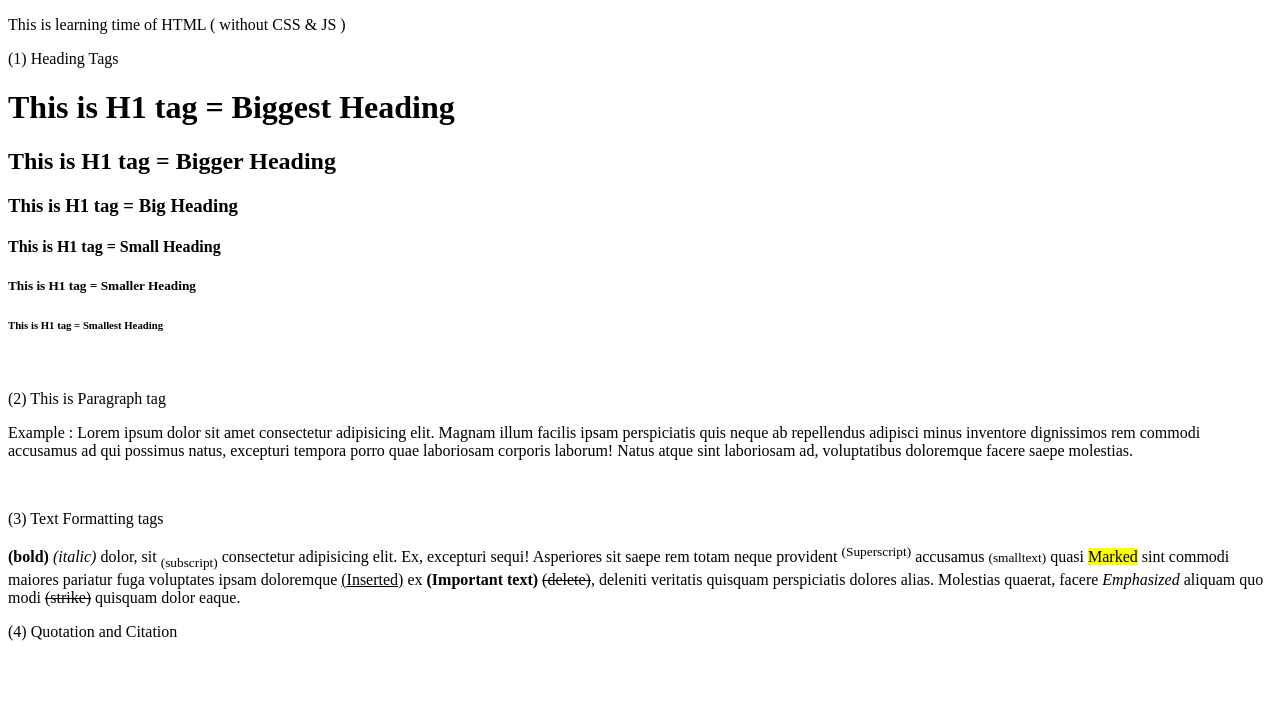
Repository: diptods/Frontend-in-60-DAYS
Page: Day01/learning/learn.html
These files come from the project's save history. The page is drawn as it stood at one moment and after the next save; the edit follows.
The browser window is 1280 px wide. The pictures show the whole page.

Above is the page before, as saved 2026-05-28 11:56:14.

### Day01/learning/learn.html
<!DOCTYPE html>
<html lang="en">

<head>
    <meta charset="UTF-8">
    <meta name="viewport" content="width=device-width, initial-scale=1.0">
    <title>Day 01 Of Frontend Learning</title>
</head>

<body>
    <p>This is learning time of HTML ( without CSS & JS )</p>
    <p>(1) Heading Tags</p>
    <h1>This is H1 tag = Biggest Heading</h1>
    <h2>This is H1 tag = Bigger Heading</h2>
    <h3>This is H1 tag = Big Heading</h3>
    <h4>This is H1 tag = Small Heading</h4>
    <h5>This is H1 tag = Smaller Heading</h5>
    <h6>This is H1 tag = Smallest Heading</h6>
    <br>
    <p>(2) This is Paragraph tag</p>
    <p>Example : Lorem ipsum dolor sit amet consectetur adipisicing elit. Magnam illum facilis ipsam perspiciatis quis
        neque ab repellendus adipisci minus inventore dignissimos rem commodi accusamus ad qui possimus natus, excepturi
        tempora porro quae laboriosam corporis laborum! Natus atque sint laboriosam ad, voluptatibus doloremque facere
        saepe molestias.</p>
    <br>
    <p>(3) Text Formatting tags</p>
    <p><b>(bold)</b> <i>(italic)</i> dolor, sit <sub>(subscript)</sub> consectetur adipisicing elit. Ex, excepturi sequi! Asperiores sit saepe rem totam
        neque provident <sup>(Superscript)</sup> accusamus <small>(smalltext)</small> quasi <mark>Marked</mark> sint commodi maiores pariatur fuga voluptates ipsam doloremque
        <ins>(Inserted)</ins> ex <strong>(Important text)</strong> <del>(delete)</del>, deleniti veritatis quisquam perspiciatis dolores alias. Molestias quaerat, facere
        <em>Emphasized</em> aliquam quo modi <strike>(strike)</strike> quisquam dolor eaque.</p>
    <p>(4) Quotation and Citation</p>
</body>

</html>

After the next save:
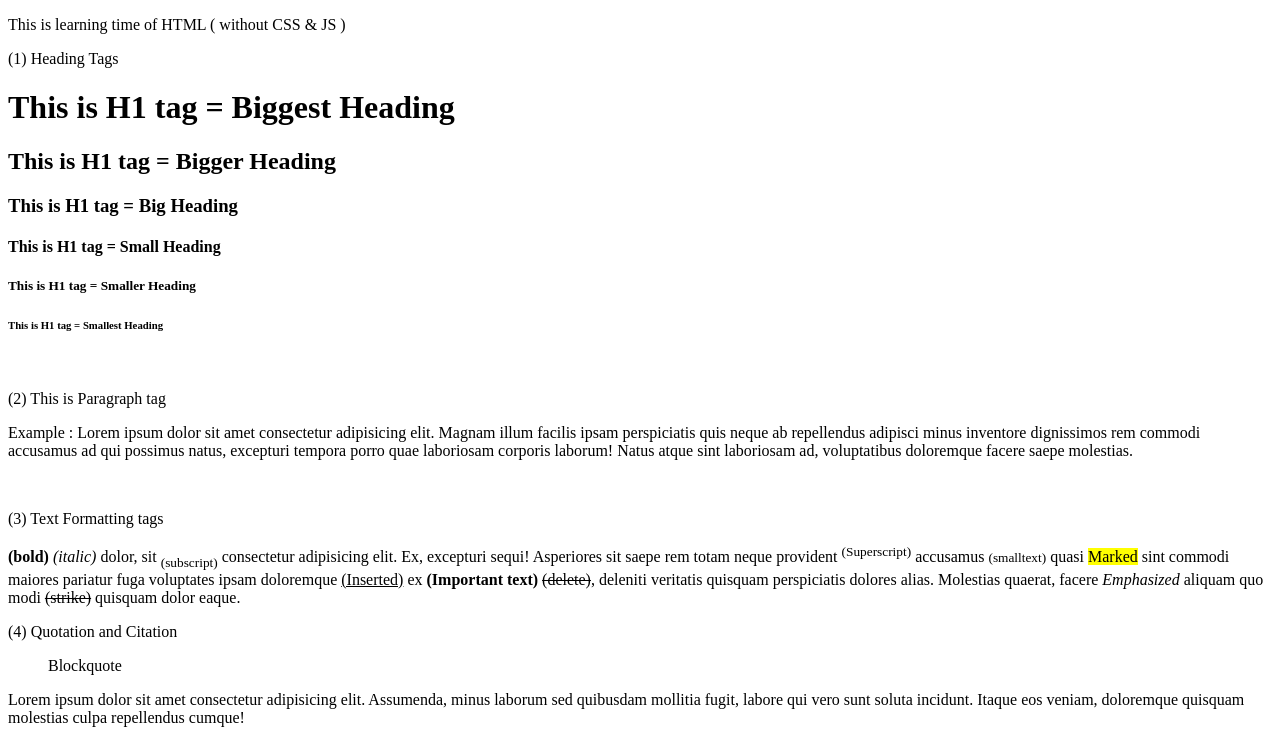
Saved 75 s later.
--- a/Day01/learning/learn.html
+++ b/Day01/learning/learn.html
@@ -24,11 +24,18 @@
         saepe molestias.</p>
     <br>
     <p>(3) Text Formatting tags</p>
-    <p><b>(bold)</b> <i>(italic)</i> dolor, sit <sub>(subscript)</sub> consectetur adipisicing elit. Ex, excepturi sequi! Asperiores sit saepe rem totam
-        neque provident <sup>(Superscript)</sup> accusamus <small>(smalltext)</small> quasi <mark>Marked</mark> sint commodi maiores pariatur fuga voluptates ipsam doloremque
-        <ins>(Inserted)</ins> ex <strong>(Important text)</strong> <del>(delete)</del>, deleniti veritatis quisquam perspiciatis dolores alias. Molestias quaerat, facere
-        <em>Emphasized</em> aliquam quo modi <strike>(strike)</strike> quisquam dolor eaque.</p>
+    <p><b>(bold)</b> <i>(italic)</i> dolor, sit <sub>(subscript)</sub> consectetur adipisicing elit. Ex, excepturi
+        sequi! Asperiores sit saepe rem totam
+        neque provident <sup>(Superscript)</sup> accusamus <small>(smalltext)</small> quasi <mark>Marked</mark> sint
+        commodi maiores pariatur fuga voluptates ipsam doloremque
+        <ins>(Inserted)</ins> ex <strong>(Important text)</strong> <del>(delete)</del>, deleniti veritatis quisquam
+        perspiciatis dolores alias. Molestias quaerat, facere
+        <em>Emphasized</em> aliquam quo modi <strike>(strike)</strike> quisquam dolor eaque.
+    </p>
     <p>(4) Quotation and Citation</p>
+    <p><blockquote>Blockquote</blockquote> Lorem ipsum dolor sit amet consectetur adipisicing elit. Assumenda, minus laborum sed quibusdam mollitia fugit,
+        labore qui vero sunt soluta incidunt. Itaque eos veniam, doloremque quisquam molestias culpa repellendus cumque!
+    </p>
 </body>
 
 </html>
